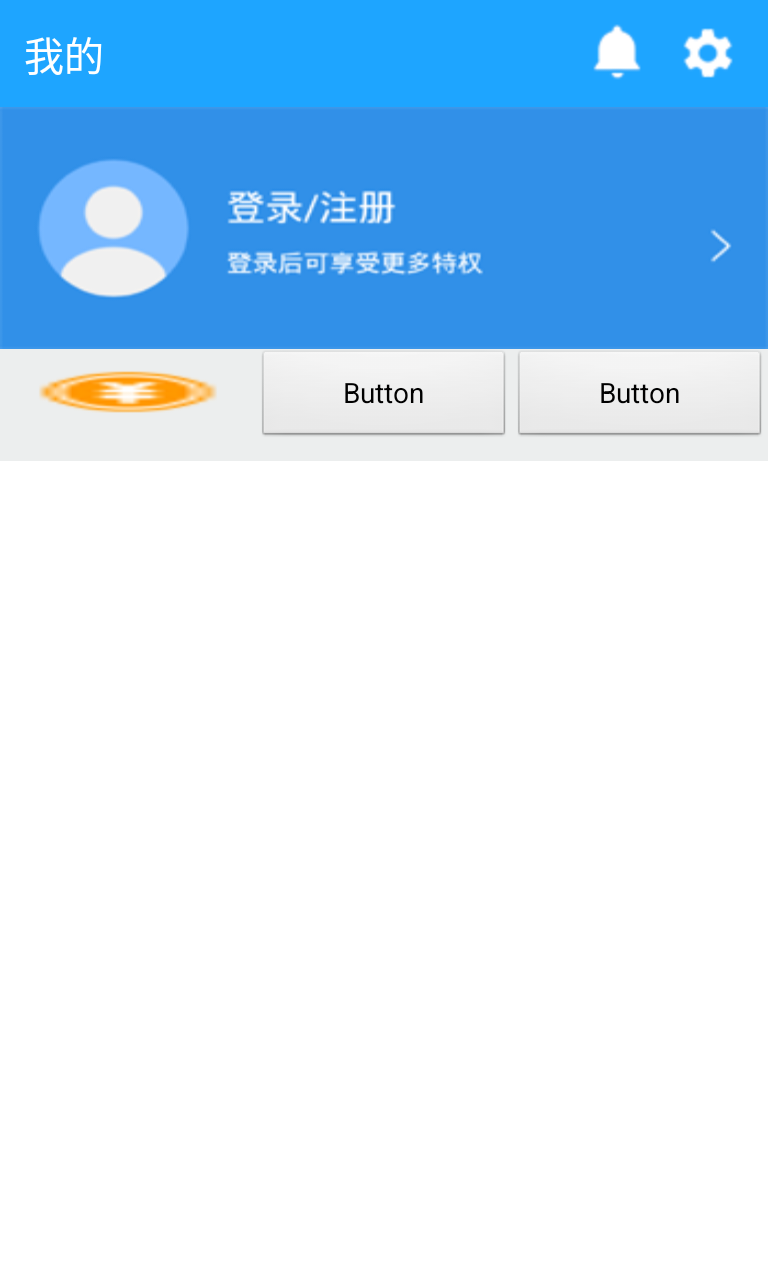
Repository: shi1hh/v
Layout: HungryTest/res/layout/fragment_wode.xml
These files come from the project's save history. The layout is drawn as it stood at one moment and after the next save; the edit follows.
It is drawn on a 768 x 1280 px phone screen (xhdpi) without system bars, with theme android:Theme.Light.NoTitleBar; the app's code is not run.

Above is the layout before, as saved 2015-10-25 11:44:58.

### HungryTest/res/layout/fragment_wode.xml
<?xml version="1.0" encoding="utf-8"?>
<LinearLayout xmlns:android="http://schemas.android.com/apk/res/android"
    android:layout_width="match_parent"
    android:layout_height="match_parent"
    android:orientation="vertical" >

    <RelativeLayout
        android:layout_width="match_parent"
        android:layout_height="wrap_content"
        android:background="@color/blackground" >

        <TextView
            style="@style/normal_text"
            android:layout_width="wrap_content"
            android:layout_height="wrap_content"
            android:layout_alignParentLeft="true"
            android:layout_alignParentTop="true"
            android:layout_centerVertical="true"
            android:background="@color/blackground"
            android:gravity="center"
            android:text="@string/wode_title" />

        <Button
            android:id="@+id/button2"
            android:layout_width="wrap_content"
            android:layout_height="wrap_content"
            android:layout_centerVertical="true"
            android:layout_marginRight="15dp"
            android:layout_toLeftOf="@+id/button1"
            android:background="@drawable/wodetitle1" />

        <Button
            android:id="@+id/button1"
            android:layout_width="wrap_content"
            android:layout_height="wrap_content"
            android:layout_alignParentRight="true"
            android:layout_centerVertical="true"
            android:layout_marginRight="15dp"
            android:background="@drawable/wodetitle2" />
    </RelativeLayout>
        <Button
            android:id="@+id/button3"
            android:layout_width="match_parent"
            android:layout_height="wrap_content"
            android:background="@drawable/wodeuserlogo" />
    <LinearLayout
        android:layout_width="match_parent"
        android:layout_height="wrap_content"
        android:background="@color/blackground2"
        android:paddingBottom="8dp"
        android:orientation="horizontal" >



        <Button
            android:id="@+id/button5"
                       android:layout_weight="1"
            android:layout_width="0dp"
            android:layout_height="wrap_content"
            android:background="@drawable/wodewodeyue" />

        <Button
            android:id="@+id/button4"
                       android:layout_weight="1"
        android:layout_width="0dp"
            android:layout_height="wrap_content"
            android:text="Button" />

        <Button
            android:id="@+id/button6"
            android:layout_weight="1"
        android:layout_width="0dp"
            android:layout_height="wrap_content"
            android:text="Button" />

    </LinearLayout>

</LinearLayout>

### HungryTest/res/values/color.xml
<?xml version="1.0" encoding="utf-8"?>
<resources>
    <color name="sum">#ffffff</color>
    <color name="balance">#00FF7F</color>
    <color name="balance_text">#ffffff</color>
    <color name="lvlft_select">#ffffff</color>
    <color name="lvlft_black">#CFCFCF</color>
    <color name="white">#ffffff</color>
    <color name="navigation_bg">#F6F6F6</color>
      <color name="blackground">#1EA5FF</color>
      <color name="text_gray">#CCCCCC</color>
      <color name="waimai_divider">#EEEEEC</color>
      <color name="normal_text">#ffffff</color>
      <color name="blackground2">#eceeee</color>
      <color name="login_button">#60C04D</color>
      <color name="divider">#EEEEEC</color>
      <color name="text_gray_2">#8F8F8F</color>
      <color name="blackground_cart_listview">#F2F2F2</color>
      <color name="black">#FFFAFA</color>
      <color name="text1">#EE2C2C</color>
      <color name="text2">#DAA520</color>
</resources>

### HungryTest/res/values/styles.xml
<resources xmlns:android="http://schemas.android.com/apk/res/android">

    <!--
        Base application theme, dependent on API level. This theme is replaced
        by AppBaseTheme from res/values-vXX/styles.xml on newer devices.





    -->
    <style name="CartActionbar" parent="@android:style/Theme.Holo.Light">

        <!--
            Theme customizations available in newer API levels can go in
            res/values-vXX/styles.xml, while customizations related to
            backward-compatibility can go here.


        -->
        <item name="android:actionBarStyle">@style/CartActionbarBlackground
</item>
<item name="android:actionBarTabTextStyle">@style/CartActionbarTabText</item>
<item name="android:actionBarTabStyle">@style/CartActionbarBackground</item>
<item name="android:textSize">20sp</item>
<item name="android:homeAsUpIndicator">@drawable/back</item>
    </style>

    <style name="CartActionbarBlackground" parent="@android:style/Widget.Holo.Light.ActionBar">
        <item name="android:background">@color/blackground</item>
           <item name="android:gravity">center_horizontal</item>
           <item name="android:titleTextStyle">@style/MyActionBarTitleText</item>

    </style>
        <style name="MyActionBarTitleText" parent="@android:style/TextAppearance.Holo.Widget.ActionBar.Title">
        <item name="android:textColor">#fff</item>
    </style>
    <style name="CartActionbarTabText" parent="@android:style/Widget.ActionBar.TabText">
        <item name="android:textColor">@drawable/selector_cart_tab</item>
        <item name="android:gravity">center_horizontal</item>
    </style>
  <style name="CartActionbarBackground" parent="@android:style/Widget.ActionBar.TabBar" >
      <item name="android:background">@drawable/selector_cart_tab_background</item>
      <item name="android:gravity">center_horizontal</item>
      <item name="android:alignmentMode" >alignBounds</item>
  </style>


  <style name="Universal" parent="@android:style/Theme.Holo.Light">
        <item name="android:actionBarStyle">@style/CartActionbarBlackground
</item>
<item name="android:textSize">20sp</item>
<item name="android:homeAsUpIndicator">@drawable/back</item>
</style>







    <!-- Application theme. -->
    <style name="AppTheme" parent="AppBaseTheme">
        <!-- All customizations that are NOT specific to a particular API-level can go here. -->
    </style>




    <style name="text">
        <item name="android:textSize">10sp</item>
        <item name="android:gravity">center_horizontal</item>
    </style>

    <style name="waimai_tb_text">
        <item name="android:textSize">13sp</item>
        <item name="android:gravity">center_horizontal</item>
    </style>

    <style name="waimai_money_text">
        <item name="android:textColor">#FF3030</item>
        <item name="android:textSize">20sp</item>
    </style>

    <style name="back">
        <item name="android:textColor">#ffffff</item>
        <item name="android:textSize">30sp</item>
        <item name="android:text">←</item>
    </style>

    <!-- 外卖页面 -->
    <style name="waimai_store_name_textsize">
        <item name="android:textSize">20sp</item>
    </style>

    <style name="normal_text">
        <item name="android:textSize">20sp</item>
        <item name="android:textColor">#ffffff</item>
        <item name="android:padding">12dp</item>
    </style>
<!-- 登录页面 -->
    <style name="login_">
        <item name="android:textSize">20sp</item>
        <item name="android:textColor">#ffffff</item>
        <item name="android:padding">10dp</item>
        <item name="android:gravity">center</item>
        <item name="android:text">登录</item>
    </style>

    <style name="forget_psw">
        <item name="android:textColor">#1EA5FF
</item>
        <item name="android:text">忘记密码?</item>
    </style>

    <style name="login_message">
        <item name="android:textColor">#1EA5FF
</item>
        <item name="android:text">短信验证码登录</item>
    </style>
<!-- 发现页面 -->
    <style name="faxian_reward_btn">
        <item name="android:textColor">#ffffff</item>
        <item name="android:background">#FF4500</item>
        <item name="android:text">抽奖</item>
        <item name="android:padding">5dp</item>
    </style>

    <!-- 购物车 -->
   <style
       name="cart_menu_right_grouptext"
       ><item name="android:textColor">#777777</item>
<item name="android:textSize">15sp</item>
<item name="android:background">#F5F5F5</item>
<item name="android:padding">5dp</item></style>

   <style
       name="cart_menu_right_item_name"
       ><item name="android:textSize">20sp</item>
       <item name="android:textColor">#333333</item>
   </style>
   <style
       name="cart_menu_right_item_note"
       ><item name="android:textSize">12sp</item>
       <item name="android:textColor">#999999</item>
   </style>
   <style name="cart_menu_right_item_price">
       <item name="android:textColor">#FF3030</item>
       <item name="android:textSize">23sp</item>

   </style>
   <style
       name="cart_menu_right_item_count"
       ><item name="android:textColor">@color/blackground</item>
       <item name="android:textSize">20sp</item>
       <item name="android:layout_marginRight">5dp</item>
   </style>
   <style
       name="cart_menu_right_item_sells"
       ><item name="android:textColor">#999999</item>
   <item name="android:textSize">12sp</item>
   <item  name="android:layout_marginLeft">5dp</item></style>
   <style name="cart_menu_left_item_name" >
       <item
           name="android:textSize"
           >15sp</item>
       <item  name="android:textColor">#666666</item>
       <item name="android:layout_marginLeft">8dp</item>
   </style>
   <style name="cart_menu_car">
       <item name="android:height">50dp</item>
       <item name="android:background">#4E4E4E</item>
       <item name="android:alpha">0.8</item>
   </style>
   <!-- 出错页面 -->
   <style name="error_button">
       <item name="android:background"  >@color/blackground</item>
       <item name="android:textSize">20sp</item>
       <item name="android:text">重新加载</item>
       <item name="android:textColor">#ffffff</item>
       <item name="android:padding">5dp</item>
   </style>

   <!-- 商家页面 -->
   <style name="seller_name">
<item name="android:gravity">center</item>
       <item name="android:textSize">20sp</item>

   </style>
   <style name="seller_span_text">
       <item name="android:textColor">@color/text_gray_2</item>
       <item name="android:textSize">15sp</item>
       <item name="android:padding">20dp</item>
   </style>
   <style name="seller_announcement">
       <item name="android:textColor">#FF7256</item>
       <item name="android:text">商家公告</item>
       <item name="android:padding">12dp</item>
   </style>
   <style name="seller_introdu_text">
       <item name="android:text">商家简介</item>
       <item name="android:textColor">#9A9A9A</item>
       <item name="android:padding">12dp</item>
   </style>
   <style name="seller_introdu_content">
       <item name="android:textColor">#333333</item>
          <item name="android:padding">12dp</item>
          <item name="android:text">叫外卖，上饿了么！</item>
   </style>
   <style name="seller_detail"><item name="android:text">商家信息</item>
            <item name="android:textColor">#9A9A9A</item>
                   <item name="android:padding">12dp</item>
   </style>
   <style name="seller_detail_content"><item name="android:textColor">#333333</item>
              <item name="android:padding">12dp</item>
   </style>

   <!-- 评价页面 -->
   <style name="evaluate_service_text">
       <item name="android:textColor">#9A9A9A</item>
                <item name="android:padding">5dp</item>
                <item name="android:text">服务态度</item>
                <item name="android:textSize">13sp</item>
   </style>
   <style name="evaluate_goods_text">
         <item name="android:textColor">#9A9A9A</item>
                <item name="android:padding">5dp</item>
                <item name="android:text">菜品评分</item>
                                <item name="android:textSize">13sp</item>
                <item name="android:gravity">center</item>
   </style>
   <style name="evaluate_goods_score">
       <item name="android:textColor">#EE2C2C</item>
              <item name="android:padding">5dp</item>
                              <item name="android:textSize">13sp</item>
               <item name="android:text">分</item>
   </style>



</resources>

### HungryTest/res/values/strings.xml
<?xml version="1.0" encoding="utf-8"?>
<resources>

    <string name="app_name">HungryTest</string>
    <string name="hello_world">Hello world!</string>
    <string name="action_settings">Settings</string>
    <string name="navigation1">外卖</string>
 <string name="navigation2">订单</string>
  <string name="navigation3">发现</string>
   <string name="navigation4">我</string>
   <string name="waimai_tb1">便利店</string>
    <string name="waimai_tb2">品牌馆</string>
     <string name="waimai_tb3">水果</string>
      <string name="waimai_tb4">鲜花蛋糕</string>
       <string name="waimai_tb5">新店特惠</string>
        <string name="waimai_tb6">夜宵</string>
         <string name="waimai_tb7">预定早餐</string>
         <string name="dingdan_text1">订单</string>
         <string name="login_reg">注册</string>
         <string name="back">←</string>
         <string name="dingdan_dingdan">订单</string>
         <string name="dingdan_breakfast">早餐订单</string>
         <string name="login_psw_hint">登录密码</string>
         <string name="login_user_hint">手机/邮箱/用户名</string>
         <string name="login_login">登录</string>
         <string name="login_wx">微信</string>
         <string name="login_qq">QQ</string>
         <string name="login_xl">微博</string>
         <string name="faxian_logo">发现</string>
         <string name="faxian_xianshihaoli">限时好礼</string>
         <string name="faxian_gengduohaoli">更多好礼  ></string>
         <string name="faxian_gengduohaoli_button">更多好礼</string>
         <string name="wode_title">我的</string>
         <string name="wode_wodeyue">我的余额</string>
         <string name="wode_hongbao">红包</string>
         <string name="wode_jifen">我的积分</string>
         <string name="cart_tab_menu">菜单</string>
         <string name="cart_tab_evaluate">评价</string>
         <string name="cart_tab_seller">商家</string>
         <string name="seller_speed">分钟\n平均送餐时间</string>
         <string name="seller_min">元\n起送价</string>
         <string name="seller_dispatch">元\n配送费</string>
</resources>

### HungryTest/res/values/dimens.xml
<resources>

    <!-- Default screen margins, per the Android Design guidelines. -->
    <dimen name="activity_horizontal_margin">16dp</dimen>
    <dimen name="activity_vertical_margin">16dp</dimen>
<dimen name="login_usertop_margin">13dp</dimen>
<dimen  name="login_user_pendding">17dp</dimen>
<dimen name="divider_large">10dp</dimen>
<dimen name="divider_small">1dp</dimen>
<dimen name="faxian_timelimi">20sp</dimen>
<dimen name="padding_faxian_timelimi">10dp</dimen>
<dimen name="padding_faxian_gengduohaoli">5dp</dimen>
<dimen name="padding_faxian_gengduohaoli_btn">20dp</dimen>

<dimen name="padding_wode_yue_jifen_hongbao">15dp</dimen>

</resources>

After the next save:
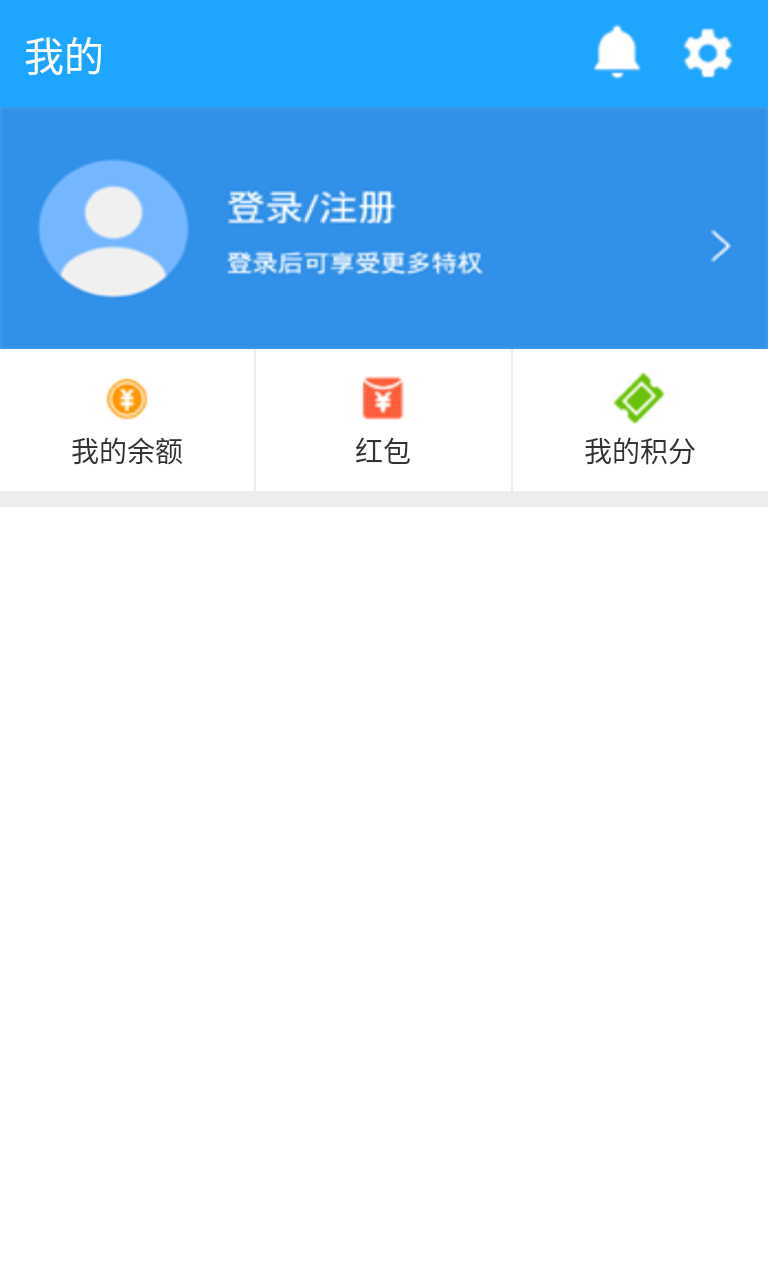
Saved 57 s later.
--- a/HungryTest/res/layout/fragment_wode.xml
+++ b/HungryTest/res/layout/fragment_wode.xml
@@ -38,41 +38,54 @@
             android:layout_marginRight="15dp"
             android:background="@drawable/wodetitle2" />
     </RelativeLayout>
-        <Button
-            android:id="@+id/button3"
-            android:layout_width="match_parent"
-            android:layout_height="wrap_content"
-            android:background="@drawable/wodeuserlogo" />
+
+    <Button
+        android:id="@+id/button3"
+        android:layout_width="match_parent"
+        android:layout_height="wrap_content"
+        android:background="@drawable/wodeuserlogo" />
+
     <LinearLayout
         android:layout_width="match_parent"
         android:layout_height="wrap_content"
         android:background="@color/blackground2"
-        android:paddingBottom="8dp"
-        android:orientation="horizontal" >
+        android:orientation="horizontal"
+        android:paddingBottom="8dp" >
 
-
-
-        <Button
+        <TextView
             android:id="@+id/button5"
-                       android:layout_weight="1"
             android:layout_width="0dp"
             android:layout_height="wrap_content"
-            android:background="@drawable/wodewodeyue" />
+            android:layout_weight="1"
+            android:background="@color/white"
+            android:drawableTop="@drawable/wodewodeyue"
+            android:gravity="center"
+            android:padding="@dimen/padding_wode_yue_jifen_hongbao"
+            android:text="@string/wode_wodeyue" />
 
-        <Button
+        <TextView
             android:id="@+id/button4"
-                       android:layout_weight="1"
-        android:layout_width="0dp"
+            android:layout_width="0dp"
             android:layout_height="wrap_content"
-            android:text="Button" />
+            android:layout_weight="1"
+            android:background="@color/white"
+            android:drawableTop="@drawable/wodehongbao"
+            android:gravity="center"
+            android:layout_marginLeft="1dp"
+            android:layout_marginRight="1dp"
+                        android:padding="@dimen/padding_wode_yue_jifen_hongbao"
+            android:text="@string/wode_hongbao" />
 
-        <Button
+        <TextView
             android:id="@+id/button6"
+            android:layout_width="0dp"
+            android:layout_height="wrap_content"
             android:layout_weight="1"
-        android:layout_width="0dp"
-            android:layout_height="wrap_content"
-            android:text="Button" />
-
+            android:background="@color/white"
+            android:drawableTop="@drawable/wodejifen"
+            android:gravity="center"
+                        android:padding="@dimen/padding_wode_yue_jifen_hongbao"
+            android:text="@string/wode_jifen" />
     </LinearLayout>
 
 </LinearLayout>
--- a/HungryTest/res/values/dimens.xml
+++ b/HungryTest/res/values/dimens.xml
@@ -12,6 +12,6 @@
 <dimen name="padding_faxian_gengduohaoli">5dp</dimen>
 <dimen name="padding_faxian_gengduohaoli_btn">20dp</dimen>
 
-<dimen name="padding_wode_yue_jifen_hongbao">15dp</dimen>
+<dimen name="padding_wode_yue_jifen_hongbao">10dp</dimen>
 
 </resources>
